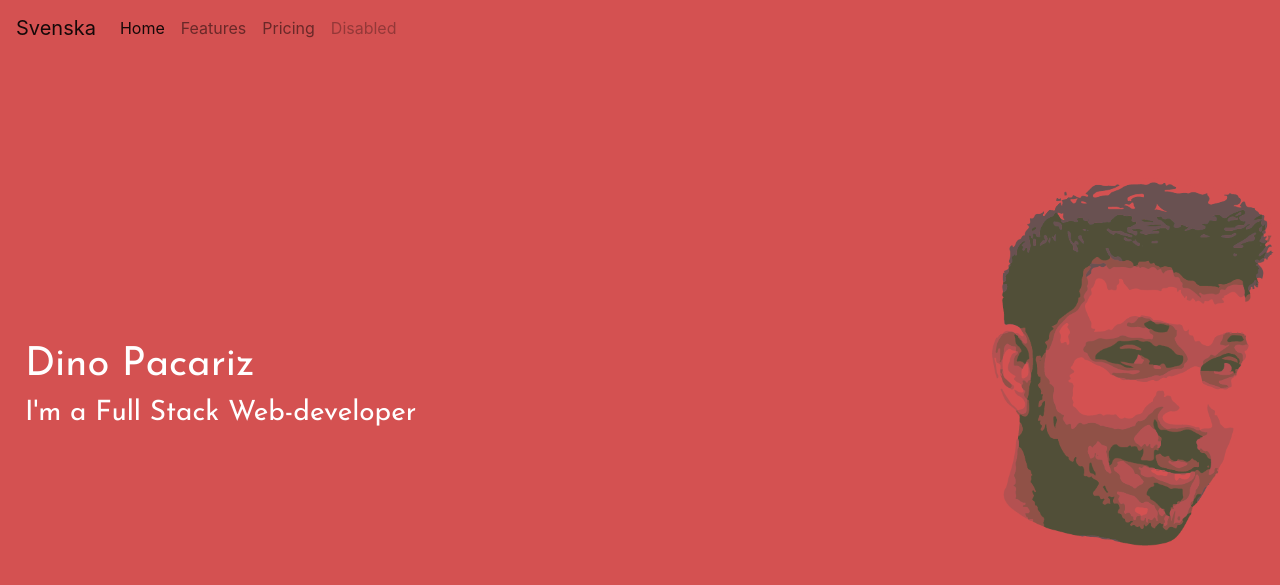
Repository: ImDino/Portfolio
Page: index.html
These files come from the project's save history. The page is drawn as it stood at one moment and after the next save; the edit follows.
The browser window is 1280 px wide. The pictures show the whole page.
Some web libraries are served in a nearby version. The style sheet was rebuilt from its Sass, Less or Tailwind sources for each picture, by a compiler version that may differ from the author's.

Above is the page before, as saved 2020-11-04 13:21:45.

### index.html
<!DOCTYPE html>
<html lang="en">
<head>
    <meta charset="UTF-8">
    <meta name="viewport" content="width=device-width, initial-scale=1.0">
    <link rel="stylesheet" href="https://cdn.jsdelivr.net/npm/bootstrap@4.5.3/dist/css/bootstrap.min.css" integrity="sha384-TX8t27EcRE3e/ihU7zmQxVncDAy5uIKz4rEkgIXeMed4M0jlfIDPvg6uqKI2xXr2" crossorigin="anonymous">
    <link href="https://fonts.googleapis.com/css2?family=Josefin+Sans&display=swap" rel="stylesheet">

    <script src="https://code.jquery.com/jquery-3.5.1.slim.min.js" integrity="sha384-DfXdz2htPH0lsSSs5nCTpuj/zy4C+OGpamoFVy38MVBnE+IbbVYUew+OrCXaRkfj" crossorigin="anonymous"></script>
    <script src="https://cdn.jsdelivr.net/npm/bootstrap@4.5.3/dist/js/bootstrap.bundle.min.js" integrity="sha384-ho+j7jyWK8fNQe+A12Hb8AhRq26LrZ/JpcUGGOn+Y7RsweNrtN/tE3MoK7ZeZDyx" crossorigin="anonymous"></script>
    <script src="https://cdnjs.cloudflare.com/ajax/libs/gsap/3.5.1/gsap.min.js"></script>
    <script src="/js/main.js"></script>


    <link rel="stylesheet" href="css/main.css">
    <title>Dino's Portfolio</title>
</head>
<body>
    <div id='pseudo-div'></div>
    <nav class="navbar navbar-expand-lg navbar-light bg-light">
        <!-- <a class="navbar-brand" href="#">Navbar</a> -->
        <a class="navbar-brand" id='lang' href="#">Svenska</a>
        <button class="navbar-toggler" type="button" data-toggle="collapse" data-target="#navbarNav" aria-controls="navbarNav" aria-expanded="false" aria-label="Toggle navigation">
          <span class="navbar-toggler-icon"></span>
        </button>
        <div class="collapse navbar-collapse" id="navbarNav">
          <ul class="navbar-nav">
            <li class="nav-item active">
              <a class="nav-link" href="#">Home <span class="sr-only">(current)</span></a>
            </li>
            <li class="nav-item">
              <a class="nav-link" href="#">Features</a>
            </li>
            <li class="nav-item">
              <a class="nav-link" href="#">Pricing</a>
            </li>
            <li class="nav-item">
              <a class="nav-link disabled" href="#" tabindex="-1" aria-disabled="true">Disabled</a>
            </li>
          </ul>
        </div>
    </nav>
    <div id='purple-div'>
        <div>
            <h1>Dino Pacariz</h1>
            <h3>I'm a Full Stack Web-developer</h3>
        </div>
    </div>
    <div id='face'>
    </div>
</body>
</html>

### js/main.js
document.addEventListener('DOMContentLoaded', () => {
    gsap.from("#purple-div", {duration: 1, x: -1000});
    gsap.from("#face", {duration: 1, opacity: 0});
    gsap.from("#face", {clearProps: 'all', duration: 1, x:100});
    TweenLite.from('#face', {y:20, ease:Linear.easeNone});





    // localStorage.clear()

    /*:::::::START:::::::::
    ::: Refresh Counter :::
    :::::::::::::::::::::*/

    if(localStorage.getItem('refreshCount') == null) {
        localStorage.setItem('refreshCount', 1);
    } else {
        let  localRefreshCount = localStorage.getItem('refreshCount')
        localRefreshCount++;
        localStorage.setItem('refreshCount', localRefreshCount);
    }
    if (parseInt(localStorage.getItem('refreshCount')) > 10) {
        localStorage.setItem('refreshCount', 1);
    }
    console.log('RefreshCount: '+localStorage.getItem('refreshCount'))


    /*::::::::END::::::::::
    ::: Refresh Counter :::
    :::::::::::::::::::::*/
})

### scss/main.scss


body {
    background-color: #D45151;
    color: white;
}

#pseudo-div {
    width: 100%;
    background-color: red;
}

.navbar {
    background-color: #D45151 !important;
    color: white;
}

#purple-div {
    padding-top: 60px;
    position: absolute;
    top: 0;
    bottom: 0;
    left: 0;
    right: 0;
    z-index: -1;

    // background: linear-gradient(97deg, #1E1446 50%, rgba(255, 255, 255, 0) 50.15%);
    display: grid;
    place-content: center left;

    h1, h3 {
        margin-left: 25px;
        font-family: 'Josefin Sans', sans-serif;

    }
    h1 {
        // font-size: 2em;
    }
}

#face {
    position: fixed;
    top: 0;
    bottom: 0;
    left: 0;
    right: 0;
    // margin-right: 300px;
    background: url('/img/vectorFace.png') no-repeat;
    background-color: #D45151;
    z-index: -2;
    background-blend-mode: darken;
    background-size: 40vh;
    background-position: right;
}



/* //TODO
1. Darkmode, ställa in särskilda färger IFALL man är i darkmode? UX baby.

*/

After the next save:
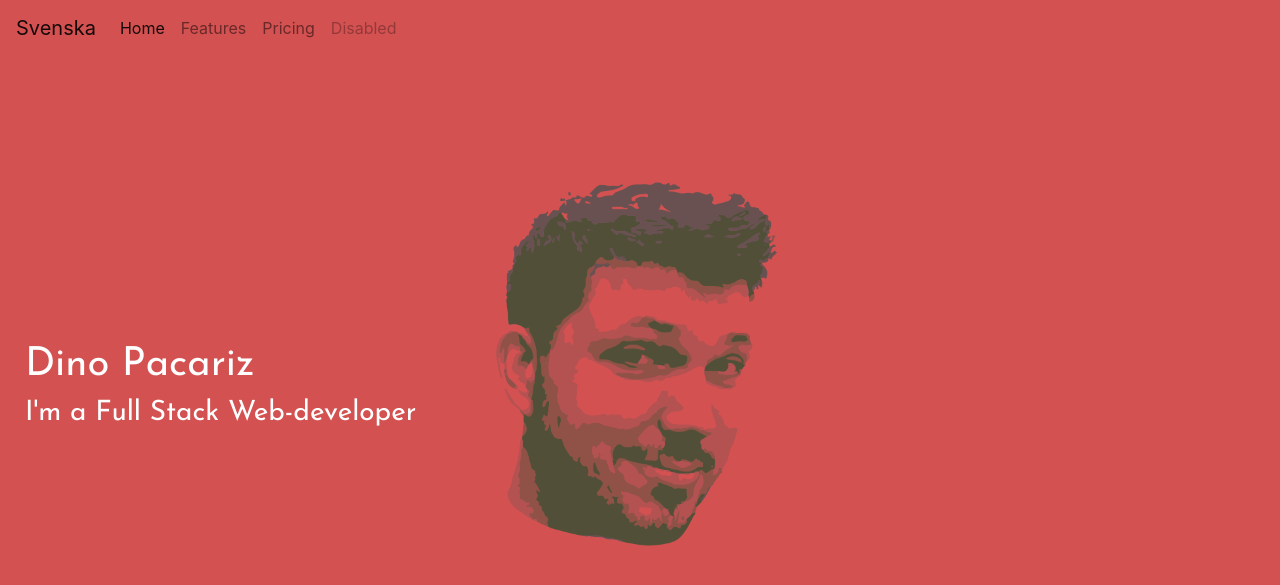
Saved 7 s later.
--- a/scss/main.scss
+++ b/scss/main.scss
@@ -50,7 +50,7 @@ body {
     z-index: -2;
     background-blend-mode: darken;
     background-size: 40vh;
-    background-position: right;
+    background-position: center;
 }
 
 
